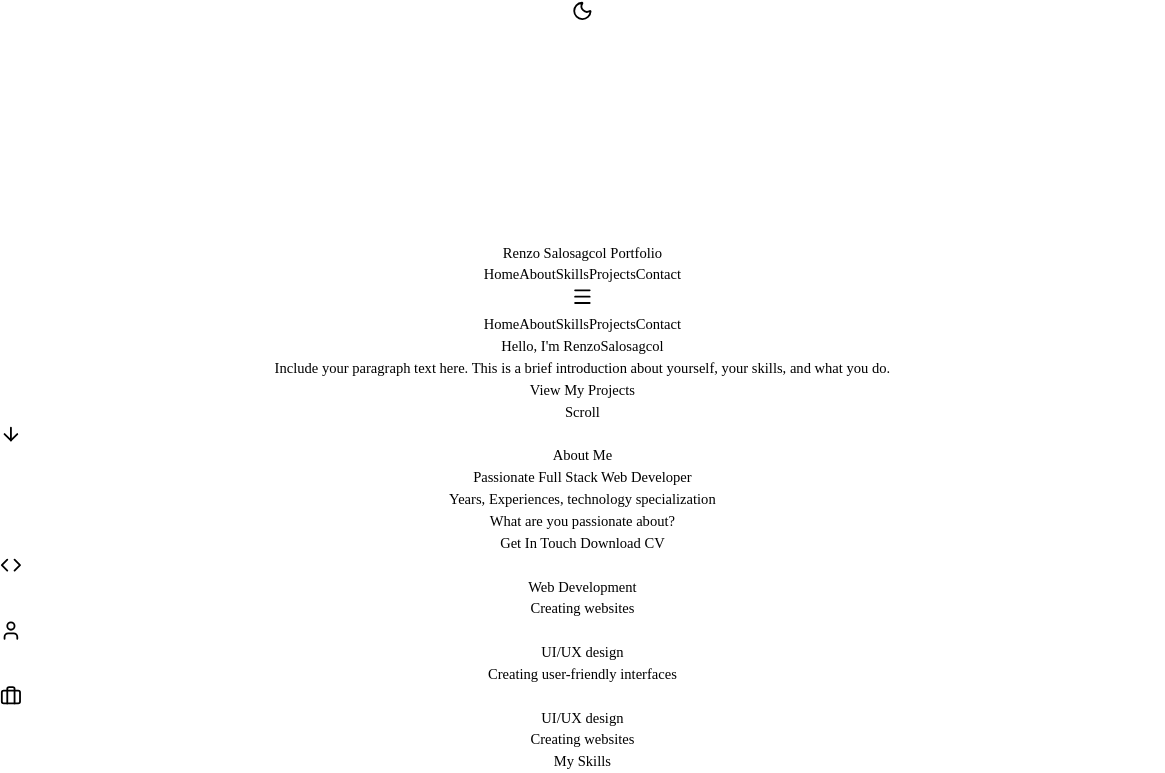
Repository: Renzo-Salosagcol/PERSONAL-PORTFOLIO
Page: /
An editor plug-in stored every save of this project. The page is shown before and after a run of saves, followed by the edit.
The browser window is 1280 px wide. The pictures show the whole page, at 91% of full size.
The project was rebuilt for these pictures with package versions that can differ from the ones it lists, and the page was loaded fresh each time. Also part of the build but not shown: vite.config.js, src/pages/notFound.jsx.

Above is the page before, as saved 2025-10-06 20:07:48.

### src/index.css
@import "tailwindcss";

@theme {
  --color-border: hsl(var(--border));
  --color-background: hsl(var(--background));
  --color-foreground: hsl(var(--foreground));

  --color-primary: hsl(var(--primary));
  --color-primary-foreground: hsl(var(--primary-foreground));

  --color-card: hsl(var(--card));

  --animate-float: float 6s ease-in-out infinite;
  --animate-pulse-subtle: pulse-subtle 4s ease-in-out infinite;
  --animate-fade-in: fade-in 0.7s ease-out forwards;
  --animate-fade-in-delay-1: fade-in 0.7s ease-out 0.2s forwards;
  --animate-fade-in-delay-2: fade-in 0.7s ease-out 0.4s forwards;
  --animate-fade-in-delay-3: fade-in 0.7s ease-out 0.6s forwards;
  --animate-fade-in-delay-4: fade-in 0.7s ease-out 0.8s forwards;
  --animate-meteor: meteor 5s linear infinite;
}

@keyframes float {
  0%,
  100% {
    transform: translateY(0);
  }
  50% {
    transform: translateY(-10px);
  }
}

@keyframes pulse-subtle {
  0%,
  50% {
    opacity: 0.8;
  }
  100% {
    opacity: 1;
  }
}

@keyframes fade-in {
  from {
    opacity: 0;
    transform: translateY(20px);
  }
  to {
    opacity: 1;
    transform: translateY(0);
  }
}

@keyframes meteor {
  0% {
    transform: rotate(215deg) translateX(0);
    opacity: 1;
  }
  70% {
    opacity: 1;
  }
  100% {
    transform: rotate(215deg) translateX(-500px) ;
    opacity: 0;
  }
}

@layer base {
  :root {
    --background: 210 40% 98%;
    --foreground: 222 47% 11%;

    --card: 0 0% 100%;

    --primary: 259 47% 60%;
    --primary-foreground: 210 40% 98%;

    --border: 214 32% 91%;
  }

  .dark {
    --background: 222 47% 4%;
    --foreground: 213 31% 91%;

    --card: 222 47% 8%;

    --primary: 250 65% 65%;
    --primary-foreground: 213 31% 91%;

    --border: 217 33
  }

    * {
      @apply border-border;
    }

    html {
      @apply scroll-smooth;
    }

    body {
      @apply bg-background text-foreground transition-colors duration-300;
      font-feature-settings: "rlig" 1, "calt" 1;
    }
}

@utility container {
  margin-inline: auto;
  padding-inline: 2rem;

  @media (width >= 640px) {
    max-width: 640px;
  }

  @media (width >= 768px) {
    max-width: 768px;
  }

  @media (width >= 1024px) {
    max-width: 1024px;
  }

  @media (width >= 1280px) {
    max-width: 1280px;
  }

  @media (width >= 1400px) {
    max-width: 1400px;
  }

}

@utility text-glow {
  @apply relative;
  text-shadow: 0 0 10px rgb(167, 139, 250, 0.5);
}

@utility card-hover {
  @apply transition-transform duration-300 hover:scale-[1.02] hover:shadow-lg;
}

@utility gradient-border {
  @apply relative rounded-md;
  background: linear-gradient(to right, hsl(var(--card)));
  background-clip: padding-box;
  border: 1px solid transparent;
}

@utility cosmic-button {
  @apply px-5 py-2 rounded-full bg-primary text-primary-foreground font-medium
  transition-all duration-300 hover:shadow-[0_0_10px_rgba(139,92,246,0.5)]
  hover:scale-105 active:scale-95;
}

@utility star {
  @apply absolute bg-white rounded-full;
  box-shadow: 0 0 10px 2px rgba(255, 255, 255, 0.4);
}

@utility meteor {
  @apply absolute bg-linear-to-r from-white to-transparent rounded-full;
  box-shadow: 0 0 10px 5px rgba(255, 255, 255, 0.3);
}

#root {
  max-width: 100%;
  margin: 0 auto;
  padding: 0;
  text-align: center;
}

### src/App.jsx
import { BrowserRouter, Routes, Route } from "react-router-dom"
import { Home } from "./pages/home"
import { NotFound } from "./pages/notFound"

function App() {
  return (
    <>
      <BrowserRouter>
        <Routes>
          <Route index element={<Home />} />
          <Route path="*" element={<NotFound />} />
        </Routes>
      </BrowserRouter>
    </>
  );
}

export default App

### src/pages/home.jsx
import { ThemeToggle } from "../components/ThemeToggle"
import { StarBackground } from "../components/StarBackground"
import { Navbar } from "../components/Navbar"
import { HeroSection } from "../components/HeroSection"
import { AboutSection } from "../components/AboutSection"
import { SkillsSection } from "../components/SkillsSection"


export const Home = () => {
  return (
    <div className="min-h-screen bg-background text-foreground overflow-x-hidden">
      {/* Theme Toggle */}
      <ThemeToggle />

      {/* Background Effects */}
      <StarBackground />

      {/* Navbar */}
      <Navbar />

      {/* Main Content */}
      <main>
        <HeroSection />
        <AboutSection />
        <SkillsSection />
      </main>

      {/* Footer */}
    </div>
  )
}

### src/components/ThemeToggle.jsx
import { useState, useEffect } from "react"
import { Sun, Moon } from "lucide-react"
import { cn } from "@/lib/utils"

export const ThemeToggle = () => {
  const [isDark, setIsDark] = useState(false)

  useEffect(() => {
    const theme = localStorage.getItem("theme")
    if (theme) {
      setIsDark(theme === "dark")
      document.documentElement.classList.toggle("dark", theme === "dark")
    }
  }, [])

  const toggleTheme = () => {
    setIsDark(!isDark)
    document.documentElement.classList.toggle("dark", !isDark)
    localStorage.setItem("theme", !isDark ? "dark" : "light")
  }

  return (
    <button
      onClick={toggleTheme}
      className={cn("fixed max-sm:hidden top-5 right-5 z-50 p-2 rounded-full",
        "transition-color duration-300 focus:outline-hidden"
      )}
    >
      {isDark ? (
        <Sun className="h-6 w-6 text-yellow-300" />
      ) : (
        <Moon className="h-6 w-6 text-blue-900" />
      )}
    </button>

  )
}

### src/components/StarBackground.jsx
import { useState, useEffect } from "react"

// ID, Size, X, Y, Opacity, Animation Duration

export const StarBackground = () => {
  const [stars, setStars] = useState([])
  const [meteors, setMeteors] = useState([])

  useEffect(() => {
    generateStars()
    generateMeteors()

    const handleResize = () => {
      generateStars()
      generateMeteors()
    }

    window.addEventListener("resize", handleResize)
    return () => window.removeEventListener("resize", handleResize)
  }, [])

  const generateStars = () => {
    const numberOfStars = Math.floor(window.innerWidth * window.innerHeight / 10000)

    const newStars = []
    for (let i = 0; i < numberOfStars; i++) {
      newStars.push({
        id: i,
        size: Math.random() * 3 + 1,
        x: Math.random() * 100,
        y: Math.random() * 100,
        opacity: Math.random() * 0.5 + 0.5,
        animationDuration: Math.random() * 4 + 2
      })
    }

    setStars(newStars)
  }

  const generateMeteors = () => {
    const numberOfMeteors = 4
    const newMeteors = []

    for (let i = 0; i < numberOfMeteors; i++) {
      newMeteors.push({
        id: i,
        size: Math.random() * 2 + 1,
        x: Math.random() * 100,
        y: Math.random() * 20,
        delay: Math.random() * 15,
        animationDuration: Math.random() * 3 + 3
      })
    }

    setMeteors(newMeteors)
  }

  return (
    <div className="fixed inset-0 overflow-hidden pointer-events-none z-0">
      {stars.map((star) => (
        <div key={star.id} className="star animate-pulse-subtle" style={{
          width: `${star.size}px`,
          height: `${star.size}px`,
          top: `${star.y}%`,
          left: `${star.x}%`,
          opacity: star.opacity,
          animationDuration: `${star.animationDuration}s`
        }}/>
      ))}

      {meteors.map((meteor) => (
        <div key={meteor.id} className="meteor animate-meteor" style={{
          width: `${meteor.size * 50}px`,
          height: `${meteor.size * 2}px`,
          top: `${meteor.y}%`,
          left: `${meteor.x}%`,
          animationDelay: meteor.delay,
          animationDuration: `${meteor.animationDuration}s`
        }}/>
      ))}
    </div>
    )
}

### src/components/Navbar.jsx
import { useState, useEffect } from 'react'
import { cn } from '@/lib/utils'
import { Menu, X } from 'lucide-react'

const navItems = [
  { name: 'Home', href: '#home' },
  { name: 'About', href: '#about' },
  { name: 'Skills', href: '#skills' },
  { name: 'Projects', href: '#projects' },
  { name: 'Contact', href: '#contact' },
]

export const Navbar = () => {
  const [isScrolled, setIsScrolled] = useState(false)
  const [isMenuOpen, setIsMenuOpen] = useState(false)

  useEffect(() => {
    const handleScroll = () => {
      setIsScrolled(window.scrollY > 10)
    }

    window.addEventListener('scroll', handleScroll)
    return () => {
      window.removeEventListener('scroll', handleScroll)
    }
  }, [])

  return (
    <nav className={cn("fixed w-full z-40 transition-all duration-300",
      isScrolled ? "py-3 bg-background/80 backdrop-blur-md shadow-xs" : "py-5"
    )}>
      <div className="container flex items-center justify-between">
        <a className="text-xl font-bold text-primary flex items-center" href="#hero">
          <span className="relative z-10">
            <span className="text-glow text-foreground"> Renzo Salosagcol </span> Portfolio
          </span>
        </a>

        {/* Desktop Nav */}
        <div className="hidden md:flex space-x-8">
          {navItems.map((item) => (
            <a
              key={item.name}
              className="text-foreground/80 hover:text-primary transition-colors duration-300"
              href={item.href}
            >
              {item.name}
            </a>
          ))}
        </div>

        {/* Mobile Nav */}
        <button
          onClick={() => setIsMenuOpen((prev) => !prev)}
          className="md:hidden p-2 text-foreground z-50"
          aria-label={isMenuOpen}
        >
          {isMenuOpen ? <X size={24} /> : <Menu size={24} />}
        </button>

        <div className={cn("fixed inset-0 bg-background/95 backdrop-blur-md z-40 flex flex-col items-center justify-center",
          "transition-all duration 300 md:hidden",
          isMenuOpen ? "opacity-100 pointer-events-auto" : "opacity-0 pointer-events-none"
        )}>
          <div className="flex flex-col space-y-8 text-xl">
            {navItems.map((item) => (
              <a
                key={item.name}
                className="text-foreground/80 hover:text-primary transition-colors duration-300"
                href={item.href}
                onClick={() => setIsMenuOpen(false)}
              >
                {item.name}
              </a>
            ))}
          </div>
        </div>

      </div>
    </nav>
  )
}

### src/components/HeroSection.jsx
import { ArrowDown } from "lucide-react"

export const HeroSection = () => {
  return (
    <section id="hero" className="relative min-h-screen flex flex-col items-center justify-center px-4">
      <div className="container max-w-4xl auto text-center z-10">
        <div className="space-y-6">
          <h1 className="text-4xl md:text-6xl font-bold tracking-tight">
            <span className="opacity-0 animate-fade-in"> Hello, I'm</span>
            <span className="opacity-0 text-primary animate-fade-in-delay-1"> Renzo</span>
            <span className="opacity-0 text-gradient ml-2 animate-fade-in-delay-2">Salosagcol</span>
          </h1>
          <p className="text-lg md-texl-xl text-muted-foreground max-2-2xl mx-auto opacity-0 animate-fade-in-delay-3">
            Include your paragraph text here. This is a brief introduction about yourself, your skills, and what you do.
          </p>

          <div>
            <a href="#projects" className="cosmic-button opacity-0 animate-fade-in-delay-4">
              View My Projects
            </a>
          </div>
        </div>

        <div className="absolute bottom-9 left-1/2 transform -translate-x-1/2 flex flex-col items-center animate-bounce">
          <span className="text-sm text-muted-foreground mb-2"> Scroll </span>
          <ArrowDown className="h-5 w-5 text-primary" />

        </div>

      </div>
    </section>
  )
}

### src/components/AboutSection.jsx
import { Briefcase, Code, User } from 'lucide-react'

export const AboutSection = () => {
  return (
    <section id="about" className="py-24 px-4 relative">
      <div className="container mx-auto max-w-5xl">
        <h2 className="text-3xl md:text-4xl font-bold mb-12 text-center">
          About <span className="text-primary"> Me</span>
        </h2>

        <div className=" grid grid-cols-1 md:grid-cols-2 gap-12 items-center">
          <div className="space-y-6">
            <h3 className="font-semibold">Passionate Full Stack Web Developer</h3>
            <p className="text-muted-foreground">Years, Experiences, technology specialization</p>
            <p className="text-muted-foreground">What are you passionate about?</p>
            <div className="flex flex-col sm:flex-row gap-4 pt-4 justify-center">
              <a href="#contact" className="cosmic-button"> Get In Touch </a>
              <a href="#contact" className="px-6 py-2 rounded-full border border-primary text-primary hover:bg-primary/10 transition-colors duration-300"> Download CV </a>
            </div>
          </div>
          <div className="grid grid-cols-1 gap-6">
            <div className="gradient-border p-6 card-hover">
              <div className="flex items-start gap-4">
                <div className="p-3 rounded-full bg-primary/10">
                  <Code className="h-6 w-6 text-primary"/>
                </div>
                <div className="text-left">
                  <h4 className="font-semibold text-lg">Web Development</h4>
                  <p className="text-muted-foreground">Creating websites</p>
                </div>
              </div>
            </div>
            <div className="gradient-border p-6 card-hover">
              <div className="flex items-start gap-4">
                <div className="p-3 rounded-full bg-primary/10">
                  <User className="h-6 w-6 text-primary"/>
                </div>
                <div className="text-left">
                  <h4 className="font-semibold text-lg">UI/UX design</h4>
                  <p className="text-muted-foreground">Creating user-friendly interfaces</p>
                </div>
              </div>
            </div>
            <div className="gradient-border p-6 card-hover">
              <div className="flex items-start gap-4">
                <div className="p-3 rounded-full bg-primary/10">
                  <Briefcase className="h-6 w-6 text-primary"/>
                </div>
                <div className="text-left">
                  <h4 className="font-semibold text-lg">UI/UX design</h4>
                  <p className="text-muted-foreground">Creating websites</p>
                </div>
              </div>
            </div>

          </div>
        </div>
      </div>
    </section>
  )
}

### src/components/SkillsSection.jsx

// Dummy Data for Skills Section
const skills = [
  {name: "HTML/CSS", level: 95, category: "Frontend"},
  {name: "JavaScript", level: 90, category: "Frontend"},
  {name: "React", level: 85, category: "Frontend"},
  {name: "Node.js", level: 80, category: "Backend"},
  {name: "Express", level: 75, category: "Backend"},
  {name: "MongoDB", level: 70, category: "Backend"},
  {name: "SQL", level: 65, category: "Backend"},
  {name: "Python", level: 60, category: "Backend"},
  {name: "Django", level: 55, category: "Backend"},
  {name: "Git", level: 50, category: "Tools"},
  {name: "Docker", level: 45, category: "Tools"},
  {name: "AWS", level: 40, category: "Tools"},
]


export const SkillsSection = () => {
  return (
    <section id="skills" className="py-24 px-4 relative bg-secondary/30">
      <div className="container mx-auto max-w-5xl">
        <h2 className="text-3xl md:text-4xl font-bold mb-12 text-center">
          My <span className="text-primary">Skills</span>
        </h2>
      </div>
    </section>
  )
}

### src/lib/utils.js
import { clsx } from "clsx"
import { twMerge } from "tailwind-merge"

export const cn = (...inputs) => {
  return twMerge(clsx(...inputs))
}

Loaded but not shown: index.html (common file); src/main.jsx (common file)

After the next 3 saves:
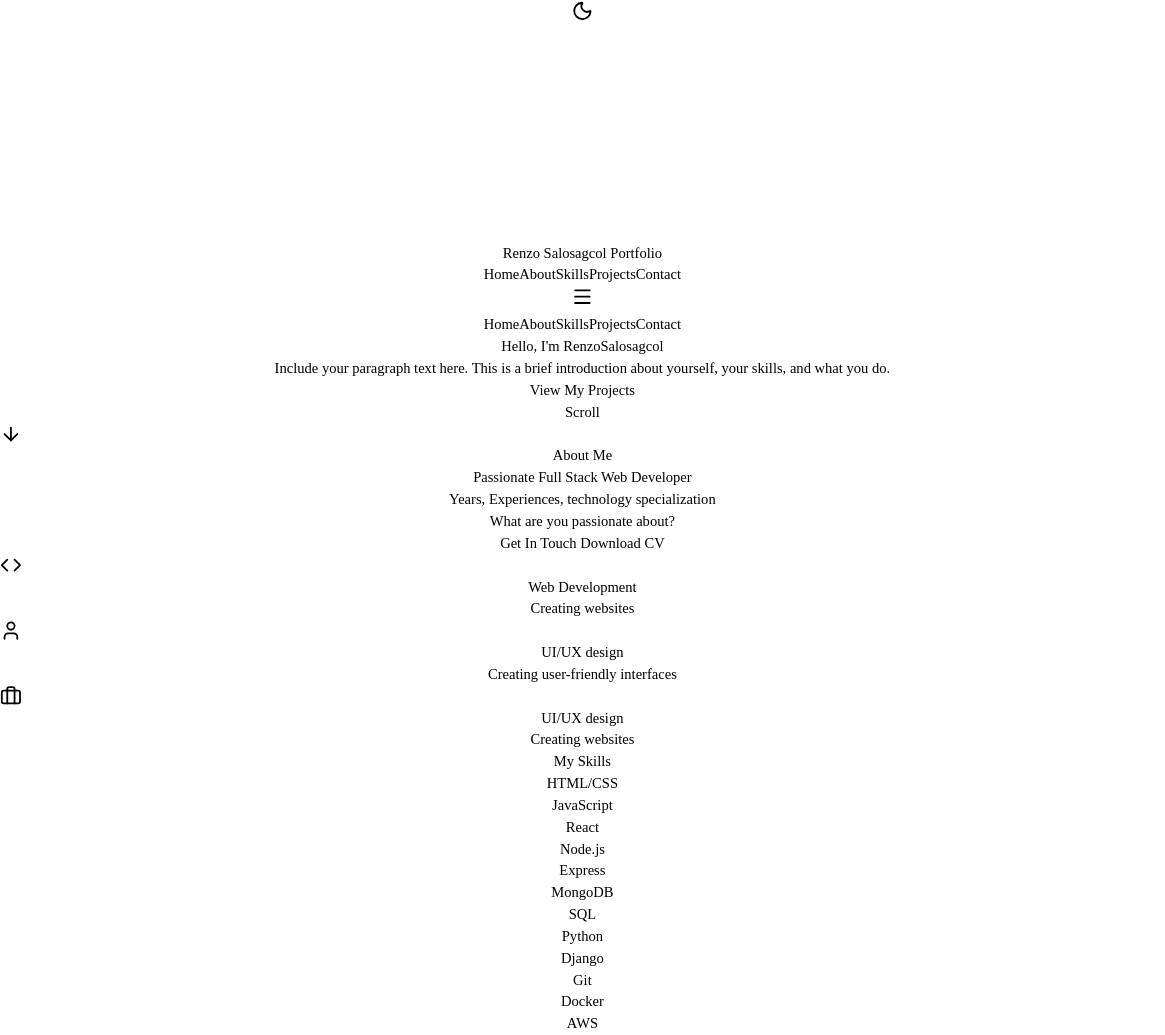
The 3 saves are shown as one change because 2 did not build or start.
The last was saved 3 min 51 s later.
--- a/src/components/SkillsSection.jsx
+++ b/src/components/SkillsSection.jsx
@@ -23,6 +23,15 @@
         <h2 className="text-3xl md:text-4xl font-bold mb-12 text-center">
           My <span className="text-primary">Skills</span>
         </h2>
+        <div className="grid grid-cols-1 sm:grid-cols-2 md:grid-cols-3 gap-6">
+          {skills.map((skill, key) => (
+            <div key={key} className="bg-card p-6 rounded-lg shadow-xs card-hover">
+              <div>
+                <h3> {skill.name}</h3>
+              </div>
+            </div>
+            ))}
+        </div>
       </div>
     </section>
   )
